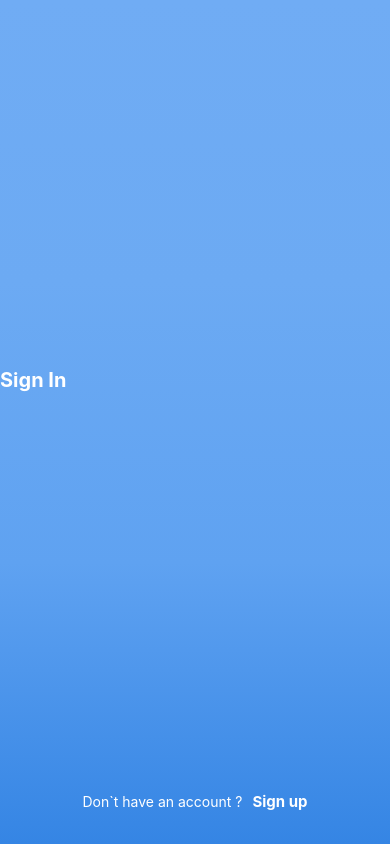
Repository: kamarajcalm/loginpage
Screen: /
These files come from the project's save history. The screen is drawn as it stood at one moment and after the next save; the edit follows.
The app was drawn by React Native's web renderer in a window 390 px wide. The project was rebuilt for these pictures with package versions that can differ from the ones it lists, and the page was loaded fresh each time.

Above is the screen before, as saved 2021-12-25 23:52:31.

After the next save:
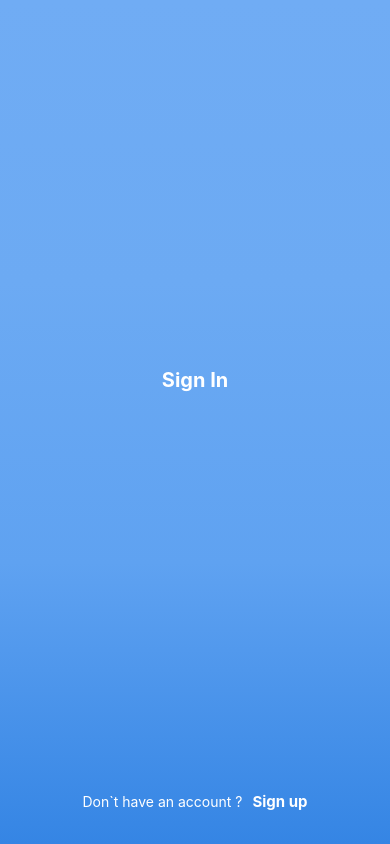
Saved 12 s later.
--- a/App.js
+++ b/App.js
@@ -11,7 +11,7 @@ export default function App() {
       <StatusBar style="auto" />
 
       <View style={styles.content}>
-        <View>
+        <View style={[styles.center]}>
           <Text style={[styles.text, { fontSize: 20, fontWeight: "bold" }]}>Sign In</Text>
         </View>
       </View>
